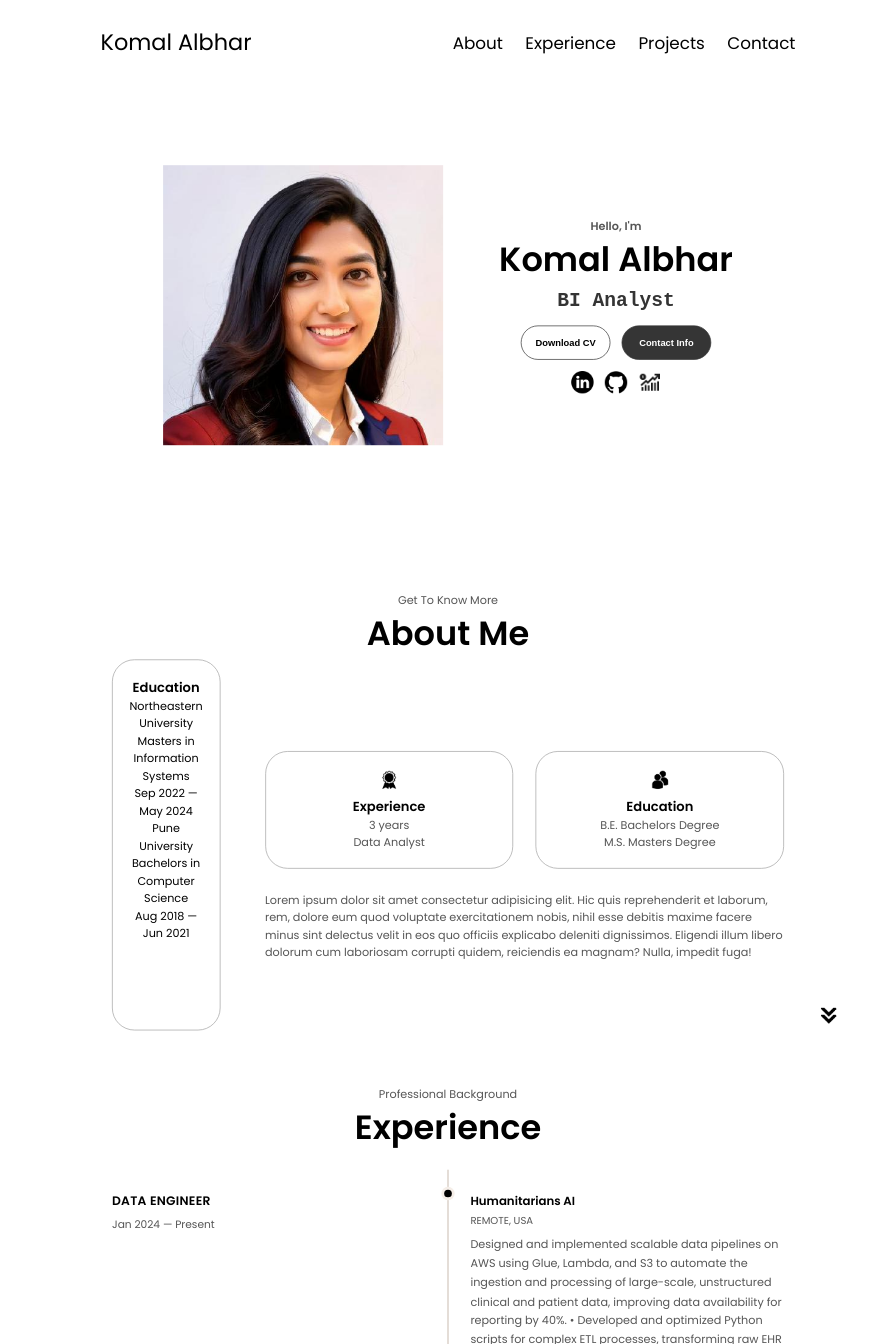
Repository: Komal-A99/komal-albhar
Page: index.html
An editor plug-in stored every save of this project. The page is shown before and after the next save, followed by the edit.
The browser window is 1280 px wide. The pictures show the part of the page from y = 0 to 1920 px (the page is 5649 px tall), at 70% of full size.

Above is the page before, as saved 2025-08-26 14:21:35.

### index.html
<!DOCTYPE html>
<html lang="en">
  <head>
    <meta charset="UTF-8" />
    <meta http-equiv="X-UA-Compatible" content="IE=edge" />
    <meta name="viewport" content="width=device-width, initial-scale=1.0" />
    <title>Komal Albhar Portfolio</title>
    <link rel="stylesheet" href="style.css" />
    <link rel="stylesheet" href="mediaqueries.css" />
    <link rel="icon" type="image/gif" href="career.gif" />
  </head>
  <body>
    <nav id="desktop-nav">
      <div class="logo">Komal Albhar</div>
      <div>
        <ul class="nav-links">
          <li><a href="#about">About</a></li>
          <li><a href="#experience">Experience</a></li>
          <li><a href="#projects">Projects</a></li>
          <li><a href="#contact">Contact</a></li>
        </ul>
      </div>
    </nav>
    <nav id="hamburger-nav">
      <div class="logo">Komal Albhar</div>
      <div class="hamburger-menu">
        <div class="hamburger-icon" onclick="toggleMenu()">
          <span></span>
          <span></span>
          <span></span>
        </div>
        <div class="menu-links">
          <li><a href="#about" onclick="toggleMenu()">About</a></li>
          <li><a href="#experience" onclick="toggleMenu()">Experience</a></li>
          <li><a href="#projects" onclick="toggleMenu()">Projects</a></li>
          <li><a href="#contact" onclick="toggleMenu()">Contact</a></li>
        </div>
      </div>
    </nav>
    <section id="profile">
      <div class="section__pic-container">
        <img src="./assets/profile-pic.jpeg" alt="Komal Albhar profile picture" />
      </div>
      <div class="section__text">
        <p class="section__text__p1">Hello, I'm</p>
        <h1 class="title">Komal Albhar</h1>
        <p class="section__text__p2"><span id="rotating-text" class="fancy-title"></span></p>
        <div class="btn-container">
          <button
            class="btn btn-color-2"
            onclick="window.open('./assets/resume-example.pdf')"
          >
            Download CV
          </button>
          <button class="btn btn-color-1" onclick="location.href='./#contact'">
            Contact Info
          </button>
        </div>
        <div id="socials-container">
          <img
            src="./assets/linkedin.png"
            alt="My LinkedIn profile"
            class="icon"
            onclick="location.href='https://www.linkedin.com/in/komal-s-b44762373/'"
          />
          <img
            src="./assets/github.png"
            alt="My Github profile"
            class="icon"
            onclick="location.href='https://github.com/Komal-A99'"
          />
          <img
          src="./assets/visualization.png"
          alt="My Visualization profile"
          class="icon"
          onclick="location.href='https://public.tableau.com/app/profile/komal.albhar/vizzes'"
        />
        </div>
      </div>
    </section>
    <section id="about">
      <p class="section__text__p1">Get To Know More</p>
      <h1 class="title">About Me</h1>
      <div class="section-container">
       <!-- <div class="section__pic-container">
        <img
          src="./assets/about-pic.png"
          alt="Profile picture"
          class="about-pic"
        />

      </div>-->


      <div class="details-container education-card">
        <h3>Education</h3>
        <div class="edu-list">
          <!-- Existing Masters -->
          <div class="edu-item">
            <div class="edu-school">Northeastern University</div>
            <div class="edu-degree">Masters in Information Systems</div>
            <div class="edu-dates">Sep 2022 — May 2024</div>
          </div>

          <!-- New Bachelors -->
          <div class="edu-item">
            <div class="edu-school">Pune University</div>
            <div class="edu-degree">Bachelors in Computer Science</div>
            <div class="edu-dates">Aug 2018 — Jun 2021</div>
          </div>
        </div>
      </div>

        <div class="about-details-container">
          <div class="about-containers">
            <div class="details-container">
              <img
                src="./assets/experience.png"
                alt="Experience icon"
                class="icon"
              />
              <h3>Experience</h3>
              <p>3 years <br />Data Analyst </p>
            </div>
            <div class="details-container">
              <img
                src="./assets/education.png"
                alt="Education icon"
                class="icon"
              />
              <h3>Education</h3>
              <p>B.E. Bachelors Degree<br />M.S. Masters Degree</p>
            </div>
          </div>
          <div class="text-container">
            <p>
              Lorem ipsum dolor sit amet consectetur adipisicing elit. Hic quis
              reprehenderit et laborum, rem, dolore eum quod voluptate
              exercitationem nobis, nihil esse debitis maxime facere minus sint
              delectus velit in eos quo officiis explicabo deleniti dignissimos.
              Eligendi illum libero dolorum cum laboriosam corrupti quidem,
              reiciendis ea magnam? Nulla, impedit fuga!
            </p>
          </div>
        </div>
      </div>
      <img
        src="./assets/arrow.png"
        alt="Arrow icon"
        class="icon arrow"
        onclick="location.href='./#experience'"
      />
    </section>
    <section id="experience">
      <p class="section__text__p1">Professional Background</p>
      <h1 class="title">Experience</h1>

      <div class="timeline">
        <!-- ITEM -->
        <div class="tl-item">
          <div class="tl-left">
            <h3>Data Engineer</h3>
            <div class="tl-date">Jan 2024 — Present</div>
          </div>
          <div class="tl-right">
            <h3 class="company">Humanitarians AI</h3>
            <div class="location">Remote, USA</div>
            <p class="desc">
              Designed and implemented scalable data pipelines on AWS using Glue, Lambda, and S3 to automate the ingestion and
              processing of large-scale, unstructured clinical and patient data, improving data availability for reporting by 40%.
              • Developed and optimized Python scripts for complex ETL processes, transforming raw EHR (Electronic Health
              Record) and claims data into structured, analysis-ready formats for analytics and operational reporting.
              • Built automated data validation and quality checks within pipelines to ensure data integrity, accuracy, and compliance
              across all systems, directly supporting internal controls and audit requirements.
              • Collaborated with clinical analysts and business stakeholders to understand data requirements and deliver clean,
              reliable, and timely datasets for population health analytics and regulatory reporting.
            </p>
          </div>
        </div>

        <div class="tl-item">
          <div class="tl-left">
            <h3>Data Engineer Intern</h3>
            <div class="tl-date">Aug 2024 — Dec 2024</div>
          </div>
          <div class="tl-right">
            <h3 class="company">Abecedarian</h3>
            <div class="location">Boston, MA</div>
            <p class="desc">
              • Engineered and maintained robust data pipelines using Python and SQL, automating the flow of educational data from
                multiple source systems into a centralized Snowflake data warehouse.
              • Utilized Airflow to orchestrate and schedule ETL jobs, ensuring reliable and timely data delivery for stakeholder
                reporting.
              • Documented all data processes, pipeline designs, and automation workflows, creating a comprehensive knowledge base
                for the team.
            </p>
          </div>
        </div>

        <div class="tl-item">
          <div class="tl-left">
            <h3>Data and Business Intelligence Analyst</h3>
            <div class="tl-date">Jul 2021 — Jun 2022</div>
          </div>
          <div class="tl-right">
            <h3 class="company">UST Global Inc</h3>
            <div class="location">Pune, IN</div>
            <p class="desc">
              • Supported the design of data solutions by collaborating with subject matter experts to interpret business requirements
                and translate them into technical specifications for ETL development.
              • Extracted and analyzed data from various source systems to provide insights that informed business decisions and
                identified opportunities for process automation and maintenance of existing data pipelines
              • Developed interactive dashboards and reports in Power BI utilizing advanced DAX for calculated measures and KPIs,
                enabling stakeholders to visualize critical performance metrics and track business efficiency.
            </p>
          </div>
        </div>

        <!-- Duplicate tl-item blocks for each role -->
      </div>
    </section>

    <section id="projects">
      <p class="section__text__p1">Browse My Recent</p>
      <h1 class="title">Projects</h1>
      <div class="experience-details-container">
        <div class="about-containers">
          <div class="details-container color-container">
            <div class="article-container">
              <img
                src="./assets/project-1.png"
                alt="Project 1"
                class="project-img"
              />
            </div>
            <h2 class="experience-sub-title project-title">Project One</h2>
            <div class="btn-container">
              <button
                class="btn btn-color-2 project-btn"
                onclick="location.href='https://github.com/'"
              >
                Github
              </button>
              <button
                class="btn btn-color-2 project-btn"
                onclick="location.href='https://github.com/'"
              >
                Live Demo
              </button>
            </div>
          </div>
          <div class="details-container color-container">
            <div class="article-container">
              <img
                src="./assets/project-2.png"
                alt="Project 2"
                class="project-img"
              />
            </div>
            <h2 class="experience-sub-title project-title">Project Two</h2>
            <div class="btn-container">
              <button
                class="btn btn-color-2 project-btn"
                onclick="location.href='https://github.com/'"
              >
                Github
              </button>
              <button
                class="btn btn-color-2 project-btn"
                onclick="location.href='https://github.com/'"
              >
                Live Demo
              </button>
            </div>
          </div>
          <div class="details-container color-container">
            <div class="article-container">
              <img
                src="./assets/project-3.png"
                alt="Project 3"
                class="project-img"
              />
            </div>
            <h2 class="experience-sub-title project-title">Project Three</h2>
            <div class="btn-container">
              <button
                class="btn btn-color-2 project-btn"
                onclick="location.href='https://github.com/'"
              >
                Github
              </button>
              <button
                class="btn btn-color-2 project-btn"
                onclick="location.href='https://github.com/'"
              >
                Live Demo
              </button>
            </div>
          </div>
        </div>
      </div>
      <img
        src="./assets/arrow.png"
        alt="Arrow icon"
        class="icon arrow"
        onclick="location.href='./#contact'"
      />
    </section>
    <section id="contact">
      <div class="contact-wrap">
        <!-- LEFT: copy -->
        <div class="contact-left">
          <p class="section__text__p1">Get in Touch</p>
          <h1 class="title contact-title">Contact Me</h1>

          <h3 class="contact-sub">I’d like to hear from you!</h3>
          <p class="contact-blurb">
            If you have any inquiries or just want to say hi, please use the contact form.
          </p>

          <a class="contact-email" href="mailto:albhar.komal@gmail.com">
            <img src="./assets/email.png" alt="Email icon" class="icon contact-icon email-icon" />
            albhar.komal@gmail.com
          </a>

        <!--  <div class="contact-socials">
            <img
              src="./assets/linkedin.png"
              alt="LinkedIn"
              class="icon"
              onclick="location.href='https://www.linkedin.com/in/komal-s-b44762373/'"
            />
            <img
              src="./assets/github.png"
              alt="GitHub"
              class="icon"
              onclick="location.href='https://github.com/Komal-A99'"
            />
            <img
              src="./assets/visualization.png"
              alt="Tableau"
              class="icon"
              onclick="location.href='https://public.tableau.com/app/profile/komal.albhar/vizzes'"
            />
          </div>-->

        </div>

        <!-- RIGHT: form -->
        <form class="contact-form">
          <div class="form-row two-col">
            <div class="form-field">
              <label for="first">First Name</label>
              <input id="first" name="first" type="text" autocomplete="given-name" required />
            </div>
            <div class="form-field">
              <label for="last">Last Name</label>
              <input id="last" name="last" type="text" autocomplete="family-name" required />
            </div>
          </div>

          <div class="form-row">
            <div class="form-field">
              <label for="email">Email <span aria-hidden="true">*</span></label>
              <input id="email" name="email" type="email" autocomplete="email" required />
            </div>
          </div>

          <div class="form-row">
            <div class="form-field">
              <label for="message">Message</label>
              <textarea id="message" name="message" rows="6" placeholder="Write your message…"></textarea>
            </div>
          </div>

          <div class="form-actions">
            <button type="submit" class="btn btn-color-1 send-btn">Send</button>
          </div>
        </form>
      </div>
    </section>
    <footer>
      <nav>
        <div class="nav-links-container">
          <ul class="nav-links">
            <li><a href="#about">About</a></li>
            <li><a href="#experience">Experience</a></li>
            <li><a href="#projects">Projects</a></li>
            <li><a href="#contact">Contact</a></li>
          </ul>
        </div>
      </nav>
      <p>Copyright &#169; 2024 Komal Albhar. All Rights Reserved.</p>
    </footer>
    <script src="script.js"></script>
  </body>
</html>

### mediaqueries.css
@media screen and (max-width: 1400px) {
    #profile {
      height: 83vh;
      margin-bottom: 6rem;
    }
    .about-containers {
      flex-wrap: wrap;
    }
    #contact,
    #projects {
      height: fit-content;
    }
  }

  @media screen and (max-width: 1200px) {
    #desktop-nav {
      display: none;
    }
    #hamburger-nav {
      display: flex;
    }
    #experience,
    .experience-details-container {
      margin-top: 2rem;
    }
    #profile,
    .section-container {
      display: block;
    }
    .arrow {
      display: none;
    }
    section,
    .section-container {
      height: fit-content;
    }
    section {
      margin: 0 5%;
    }
    .section__pic-container {
      width: 275px;
      height: 275px;
      margin: 0 auto 2rem;
    }
    .about-containers {
      margin-top: 0;
    }
  }

  @media screen and (max-width: 600px) {
    #contact,
    footer {
      height: 40vh;
    }
    #profile {
      height: 83vh;
      margin-bottom: 0;
    }
    article {
      font-size: 1rem;
    }
    footer nav {
      height: fit-content;
      margin-bottom: 2rem;
    }
    .about-containers,
    .contact-info-upper-container,
    .btn-container {
      flex-wrap: wrap;
    }
    .contact-info-container {
      margin: 0;
    }
    .contact-info-container p,
    .nav-links li a {
      font-size: 1rem;
    }
    .experience-sub-title {
      font-size: 1.25rem;
    }
    .logo {
      font-size: 1.5rem;
    }
    .nav-links {
      flex-direction: column;
      gap: 0.5rem;
      text-align: center;
    }
    .section__pic-container {
      width: auto;
      height: 46vw;
      justify-content: center;
    }
    .section__text__p2 {
      font-size: 1.25rem;
    }
    .title {
      font-size: 2rem;
    }
    .text-container {
      text-align: justify;
    }
  }

Loaded but not shown: script.js (24 lines, source omitted); style.css (534 lines, source omitted)

After the next save:
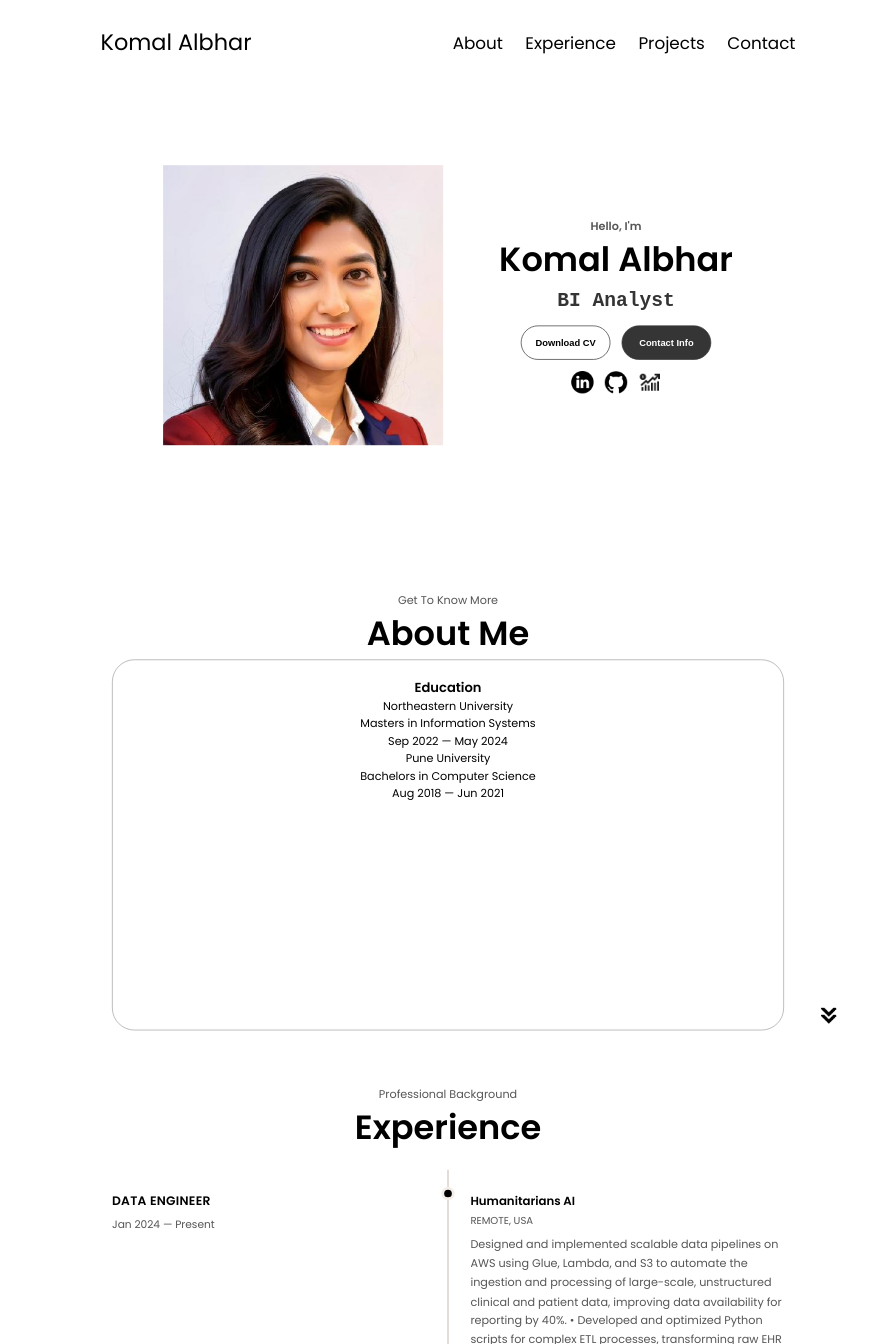
Saved 4 min 54 s later.
--- a/index.html
+++ b/index.html
@@ -110,39 +110,6 @@
           </div>
         </div>
       </div>
-
-        <div class="about-details-container">
-          <div class="about-containers">
-            <div class="details-container">
-              <img
-                src="./assets/experience.png"
-                alt="Experience icon"
-                class="icon"
-              />
-              <h3>Experience</h3>
-              <p>3 years <br />Data Analyst </p>
-            </div>
-            <div class="details-container">
-              <img
-                src="./assets/education.png"
-                alt="Education icon"
-                class="icon"
-              />
-              <h3>Education</h3>
-              <p>B.E. Bachelors Degree<br />M.S. Masters Degree</p>
-            </div>
-          </div>
-          <div class="text-container">
-            <p>
-              Lorem ipsum dolor sit amet consectetur adipisicing elit. Hic quis
-              reprehenderit et laborum, rem, dolore eum quod voluptate
-              exercitationem nobis, nihil esse debitis maxime facere minus sint
-              delectus velit in eos quo officiis explicabo deleniti dignissimos.
-              Eligendi illum libero dolorum cum laboriosam corrupti quidem,
-              reiciendis ea magnam? Nulla, impedit fuga!
-            </p>
-          </div>
-        </div>
       </div>
       <img
         src="./assets/arrow.png"
